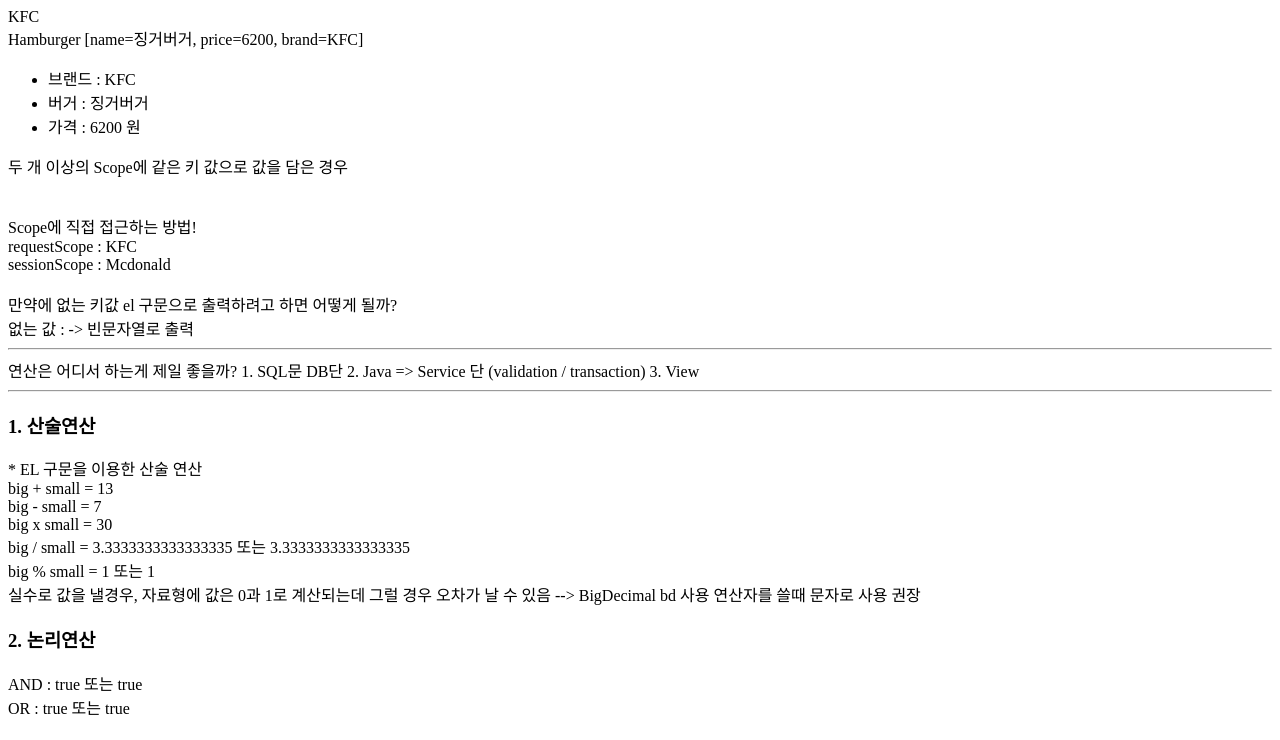
Repository: parkjin-sol/web-workplace
Page: http://localhost/McdonaldProject/sc
These files come from the project's save history. The page is drawn as it stood at one moment and after a run of saves; the edit follows.
The browser window is 1280 px wide. The pictures show the whole page.
The page is served by Tomcat 9. Other server files are loaded and not shown.

Above is the page before, as saved 2025-03-11 02:06:13.

### McdonaldProject/src/main/webapp/WEB-INF/views/print.jsp
<%@ page language="java" contentType="text/html; charset=UTF-8"
    pageEncoding="UTF-8"%>
<%
	// String brand = (String)request.getAttribute("brand");
%>
<!DOCTYPE html>
<html>
<head>
<meta charset="UTF-8">
<title>Insert title here</title>
</head>
<body>
	${ brand } <br>
	${ bestSeller }

	<ul>
		<li> 브랜드 : ${ bestSeller.brand }</li>
		<li> 버거 : ${ bestSeller.name }</li>
		<li> 가격 : ${ bestSeller.price } 원</li>
	</ul>

	두 개 이상의 Scope에 같은 키 값으로 값을 담은 경우 <br>

	<!--
		page => request => session => application 순으로 키값을 겁색
	 -->
	 <br><br>
	 Scope에 직접 접근하는 방법! <br>
	 requestScope : ${ requestScope.brand } <br>
	 sessionScope : ${ sessionScope.brand } <br>
	 <br>
	 만약에 없는 키값 el 구문으로 출력하려고 하면 어떻게 될까? <br>

	 없는 값 : ${ sessionScope.abc }
	 -> 빈문자열로 출력


	 <hr>

	 연산은 어디서 하는게 제일 좋을까?
	 1. SQL문 DB단
	 2. Java => Service 단 (validation / transaction)
	 3. View

	 <hr>

	 <h3>1. 산술연산</h3>
	 <p>
	 	* EL 구문을 이용한 산술 연산
	 	<br>
	 	big + small = ${ big + small } <br>
	 	big - small = ${ big - small } <br>
	 	big x small = ${ big * small }  <br>
	 	big / small = ${ big / small } 또는 ${ big div small } <br>
	 	big % small = ${ big % small } 또는 ${ big mod small } <br>

	 	실수로 값을 낼경우, 자료형에 값은 0과 1로 계산되는데
	 	그럴 경우 오차가 날 수 있음
	 	--> BigDecimal bd 사용

	 	연산자를 쓸때 문자로 사용 권장
	 </p>

	 <h3>2. 논리연산</h3>
	 <p>
	 	AND : ${ true && true } 또는 ${ true and true } <br>
	 	OR  : ${ true || true } 또는 ${ true or true }
	 </p>


	 <h4></h4>






















</body>
</html>

### McdonaldProject/src/main/java/com/kh/mcdonald/controller/SettingController.java
package com.kh.mcdonald.controller;

import java.io.IOException;
import java.util.ArrayList;

import javax.servlet.ServletException;
import javax.servlet.annotation.WebServlet;
import javax.servlet.http.HttpServlet;
import javax.servlet.http.HttpServletRequest;
import javax.servlet.http.HttpServletResponse;
import javax.servlet.http.HttpSession;

import com.kh.mcdonald.model.dto.Hamburger;


@WebServlet("/sc")
public class SettingController extends HttpServlet {
	private static final long serialVersionUID = 1L;


    public SettingController() {
    	super();
    }


	protected void doGet(HttpServletRequest request, HttpServletResponse response) throws ServletException, IOException {
		// System.out.println("뚜겟");

		// Servlet에서 응답 데이터가 있는데 ?
		// JSP에게 보내줘야함! --> request에 담아서
		 							// Servlet 내장 객체 / Scope 객체

		// Application / Session / Request              / Page
		/*
		 * 1. Servlet Context(Application Scope)
		 * 하나의 애플리케이션 당, 딱 한 개 존재하는 객체
		 * 이 영역에 데이터를 담으면 전역에서 사용가능
		 *
		 * 2. HttpSession (Session Scope)
		 * 하나의 브라우저 당, 한 개 존재하는 객체
		 * 이 영역에 데이터를 담으면 JSP / Servlet 단에서 사용 가능
		 * 값이 한번 담기면, 브라우저가 닫히거나, 세션을 비우거나(로그아웃),
		 * 서버를 중지하기 전까지는 계속해서 사용 가능
		 *
		 * 3. HttpServletRequest (Request Scope)
		 * 요청 시 매 번 생성되는 객체
		 * 이 영역에 데이터를 담으면 해당 request 객체를 포워딩 받는
		 * 응답 JSP에서만 사용가능(1회용)
		 *
		 * 4. PageContext(Page Scope)
		 * JSP페이지 내에서만 사용가능
		 *
		 * => 위 객체들에 값을 담을떄는 .setAttribute("키", "value")
		 * 							    .getAttributr("키")
		 *                              .removeAttribute("키")
		 *
		 *
		 *
		 */

		// requestScope
		// 객체 지향 개념에서 제일 중요한건 주체!

		request.setAttribute("brand","KFC");
		request.setAttribute("bestSeller", new Hamburger("징거버거", 6200, "KFC"));


		// sessionScope
		HttpSession session = request.getSession();
		session.setAttribute("brand", "Mcdonald");
		session.setAttribute("bestSeller", new Hamburger("빅맥", 6500,"Mcdonald"));


		// 숫자
		request.setAttribute("big", 10);
		request.setAttribute("small", 3);

		// 문자
		request.setAttribute("str", "좋아하는 문구");

		// 리스트
		request.setAttribute("list", new ArrayList());


		// 응답 뷰 위임 -> 포워딩

		request.getRequestDispatcher("/WEB-INF/views/print.jsp").forward(request, response);

	}


	protected void doPost(HttpServletRequest request, HttpServletResponse response) throws ServletException, IOException {
		doGet(request, response);
	}

}

### McdonaldProject/src/main/java/com/kh/mcdonald/model/dto/Hamburger.java
package com.kh.mcdonald.model.dto;

public class Hamburger {
	private String name;
	private int price;
	private String brand;

	public Hamburger() {
		super();
	}
	public Hamburger(String name, int price, String brand) {
		super();
		this.name = name;
		this.price = price;
		this.brand = brand;
	}
	@Override
	public String toString() {
		return "Hamburger [name=" + name + ", price=" + price + ", brand=" + brand + "]";
	}

	public String getName() {
		return name;
	}
	public void setName(String name) {
		this.name = name;
	}
	public int getPrice() {
		return price;
	}
	public void setPrice(int price) {
		this.price = price;
	}
	public String getBrand() {
		return brand;
	}
	public void setBrand(String brand) {
		this.brand = brand;
	}


}

After the next 3 saves:
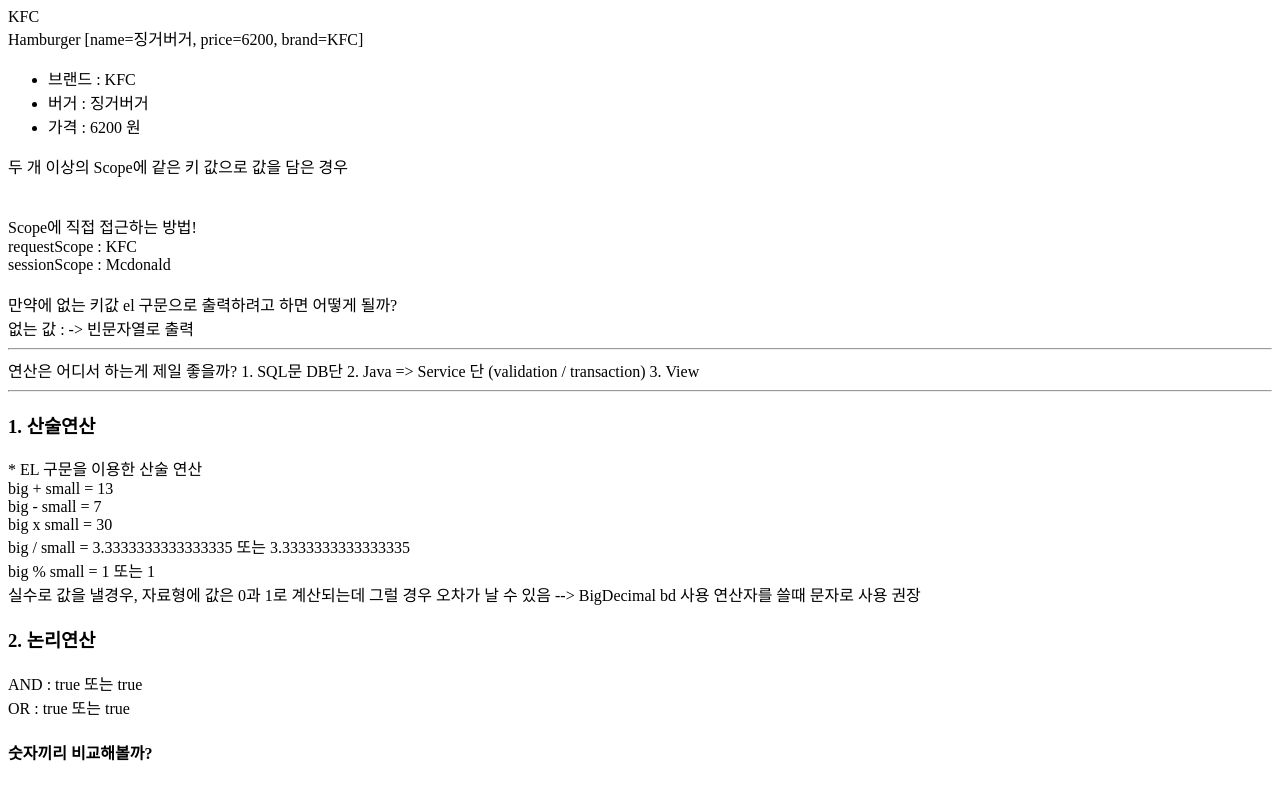
The 3 saves are shown as one change because they came seconds apart.
The last was saved 9 s later.
--- a/McdonaldProject/src/main/webapp/WEB-INF/views/print.jsp
+++ b/McdonaldProject/src/main/webapp/WEB-INF/views/print.jsp
@@ -68,8 +68,9 @@
 	 </p>
 
 
-	 <h4></h4>
+	 <h4>숫자끼리 비교해볼까?</h4>
 
+	 <p>
 
 
 
